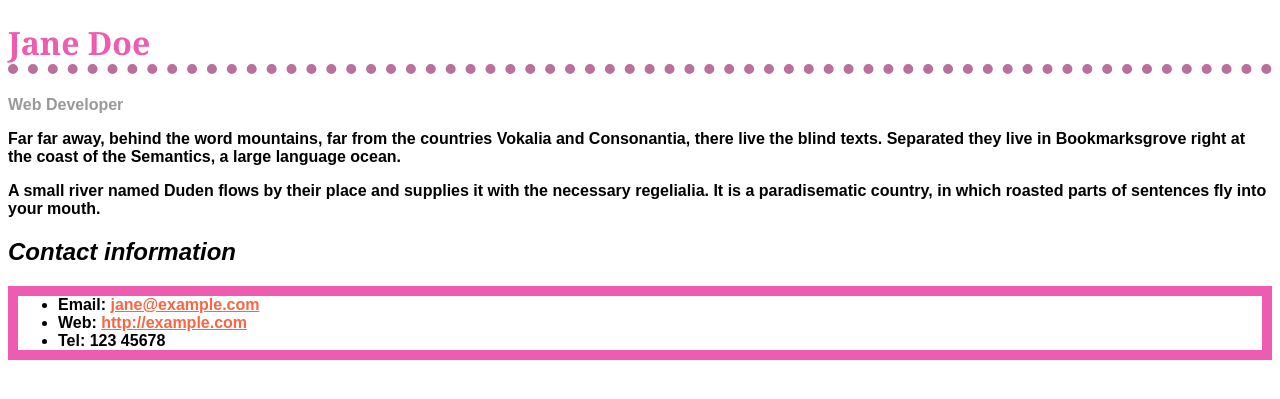
Repository: Valhally/web-projects
Page: sample-site/index.html
An editor plug-in stored every save of this project. The page is shown before and after the next save, followed by the edit.
The browser window is 1280 px wide. The pictures show the whole page.

Above is the page before, as saved 2021-08-11 16:29:19.

After the next save:
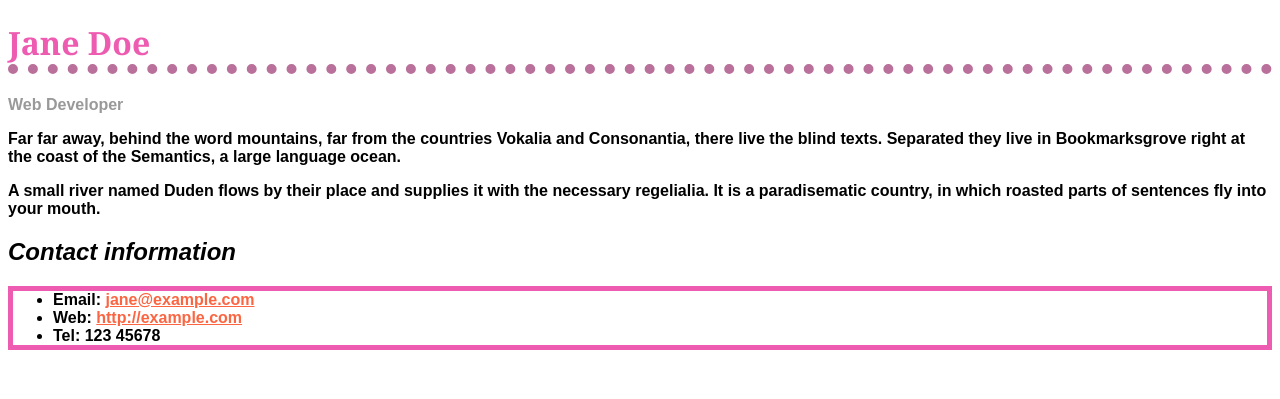
Saved 7 s later.
--- a/sample-site/resources/styles.css
+++ b/sample-site/resources/styles.css
@@ -29,5 +29,5 @@
 }
 
 ul {
-    border: solid 10px #ee5cb1;
+    border: solid 5px #ee5cb1;
 }
